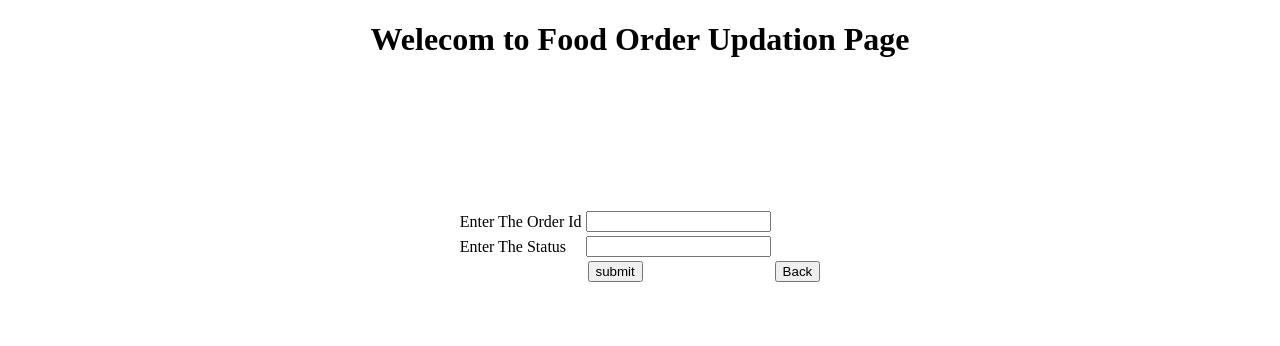
Repository: Jeevith-U/Advance-Java
Page: http://localhost/Food_App/updatefoodorder.jsp
An editor plug-in stored every save of this project. The page is shown before and after the next save, followed by the edit.
The browser window is 1280 px wide. The pictures show the whole page.
The page is served by Tomcat 9.

Above is the page before, as saved 2023-08-23 15:55:05.

After the next save:
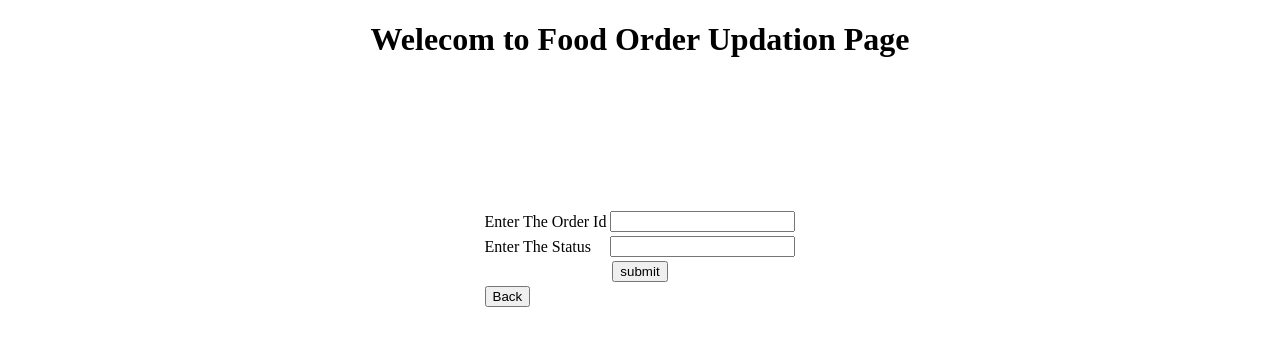
Saved 18 min 26 s later.
--- a/Projects/Food_App/src/main/webapp/updatefoodorder.jsp
+++ b/Projects/Food_App/src/main/webapp/updatefoodorder.jsp
@@ -30,8 +30,8 @@
                 <td><input type="text" id="status" name="status"></td>
             </tr>
             <tr><td colspan="2px" align="center"><input type="submit" value="submit"></td>
-            <td><a href="staff.jsp"><button>Back</button></a></td>
             </tr>
+             <td><a href="staff.jsp"><button>Back</button></a></td>
         </table>
     </form>
 </body>
